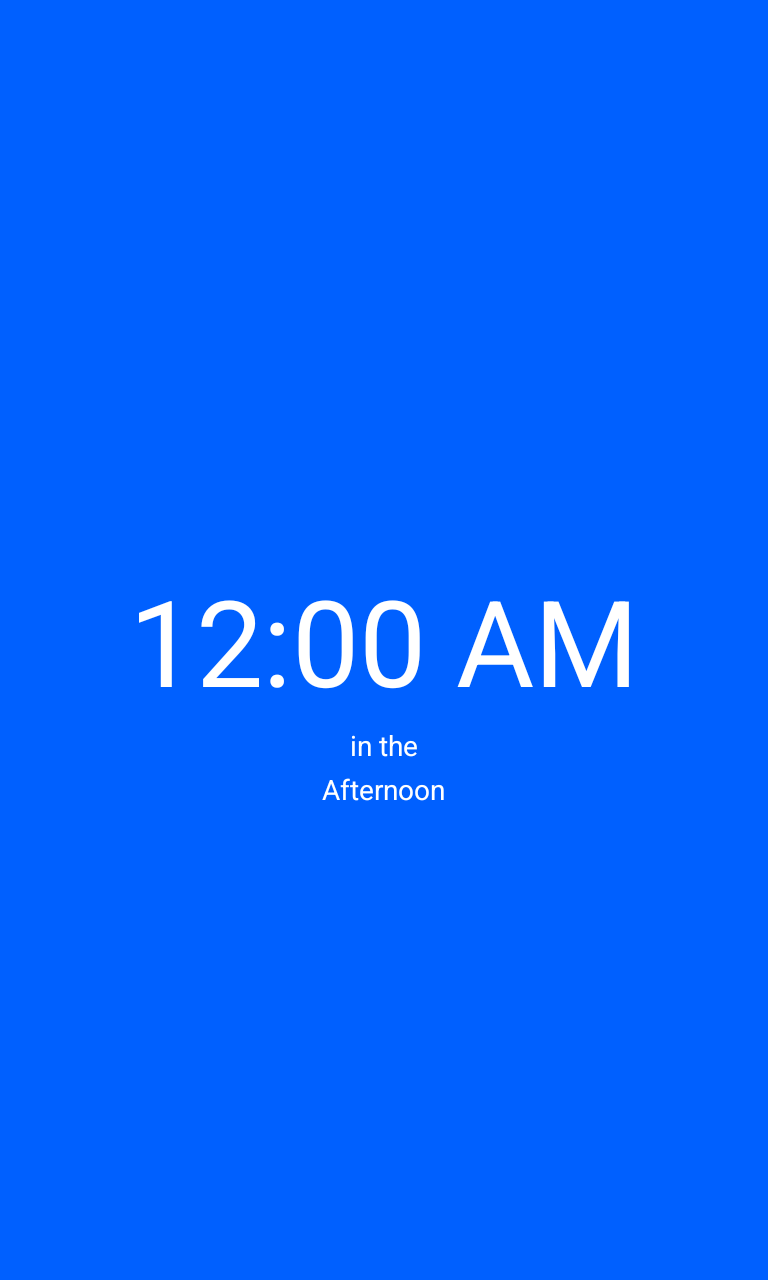
Repository: DinkyDetailsLLC/ADP2
Layout: WakeTimerforKids/res/layout/activity_main.xml
The author's editor kept a copy of each file at every save. The layout is drawn from the files as they stood at one save, then again after the next save.
It is drawn on a 768 x 1280 px phone screen (xhdpi) without system bars, with theme AppTheme; the app's code is not run.

Above is the layout before, as saved 2014-02-12 05:43:02.

### WakeTimerforKids/res/layout/activity_main.xml
<RelativeLayout xmlns:android="http://schemas.android.com/apk/res/android"
    xmlns:tools="http://schemas.android.com/tools"
    android:layout_width="match_parent"
    android:layout_height="match_parent"
    android:background="@color/blue"
    android:paddingBottom="@dimen/activity_vertical_margin"
    android:paddingLeft="@dimen/activity_horizontal_margin"
    android:paddingRight="@dimen/activity_horizontal_margin"
    android:paddingTop="@dimen/activity_vertical_margin"
    tools:context=".MainActivity" >

        <TextClock
        android:id="@+id/textclock1"
        android:layout_width="wrap_content"
        android:layout_height="wrap_content"
        android:layout_centerVertical="true"
        android:layout_centerHorizontal="true"
        android:marginBottom="20dp"
        android:textColor="@color/white"
        android:textSize="60sp"
        android:text="@string/clock" />

        <TextView
        android:id="@+id/smallClockText"
        android:layout_width="wrap_content"
        android:layout_height="wrap_content"
        android:layout_below="@id/textclock1"
        android:layout_centerInParent="true"
        android:layout_marginTop="3dp"
        android:textColor="@color/white"
        android:text="@string/smallClockText"
        />
        <TextView
        android:id="@+id/largeClockText"
        android:layout_width="wrap_content"
        android:layout_height="wrap_content"
        android:layout_below="@id/smallClockText"
        android:layout_centerInParent="true"
        android:layout_marginTop="3dp"
         android:textColor="@color/white"
        android:text="@string/largeClockText"
        />


</RelativeLayout>

### WakeTimerforKids/res/values/color.xml
<?xml version="1.0" encoding="utf-8"?>
<resources>
   <color name="white">#ffffff</color>
   <color name="black">#000000</color>
   <color name="blue">#0060ff</color>

</resources>

### WakeTimerforKids/res/values/strings.xml
<?xml version="1.0" encoding="utf-8"?>
<resources>

    <string name="app_name">WakeTimerforKids</string>
    <string name="action_settings">Settings</string>
    <string name="hello_world">Hello world!</string>
 	<string name="clock">Clock</string>
 	<string name="smallClockText">in the</string>
 	<string name="largeClockText">Afternoon</string>

</resources>

Loaded but not shown: WakeTimerforKids/res/values/styles.xml (common file); WakeTimerforKids/res/values-v11/styles.xml (common file); WakeTimerforKids/res/values-v14/styles.xml (common file); WakeTimerforKids/res/values/dimens.xml (common file)

After the next save:
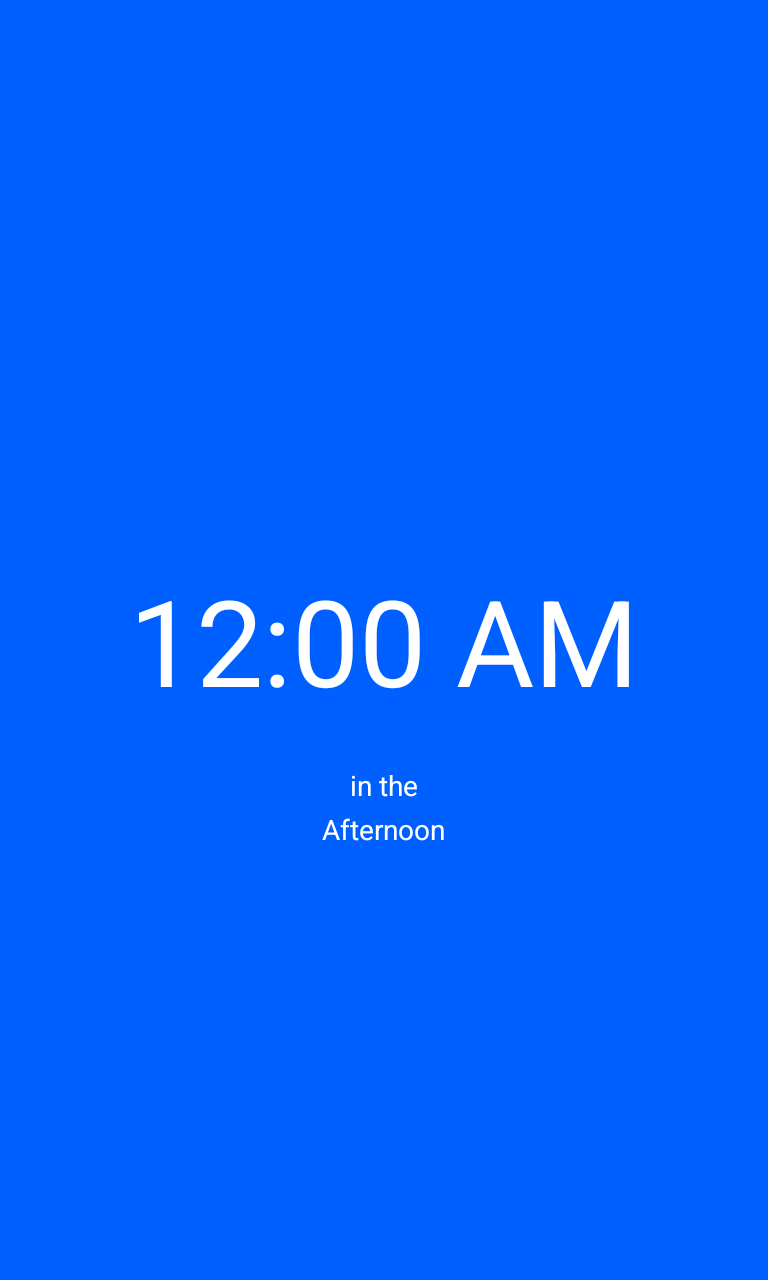
Saved 15 s later.
--- a/WakeTimerforKids/res/layout/activity_main.xml
+++ b/WakeTimerforKids/res/layout/activity_main.xml
@@ -15,7 +15,7 @@
         android:layout_height="wrap_content"
         android:layout_centerVertical="true"
         android:layout_centerHorizontal="true"
-        android:marginBottom="20dp"
+        android:layout_marginBottom="20dp"
         android:textColor="@color/white"
         android:textSize="60sp"
         android:text="@string/clock" />
